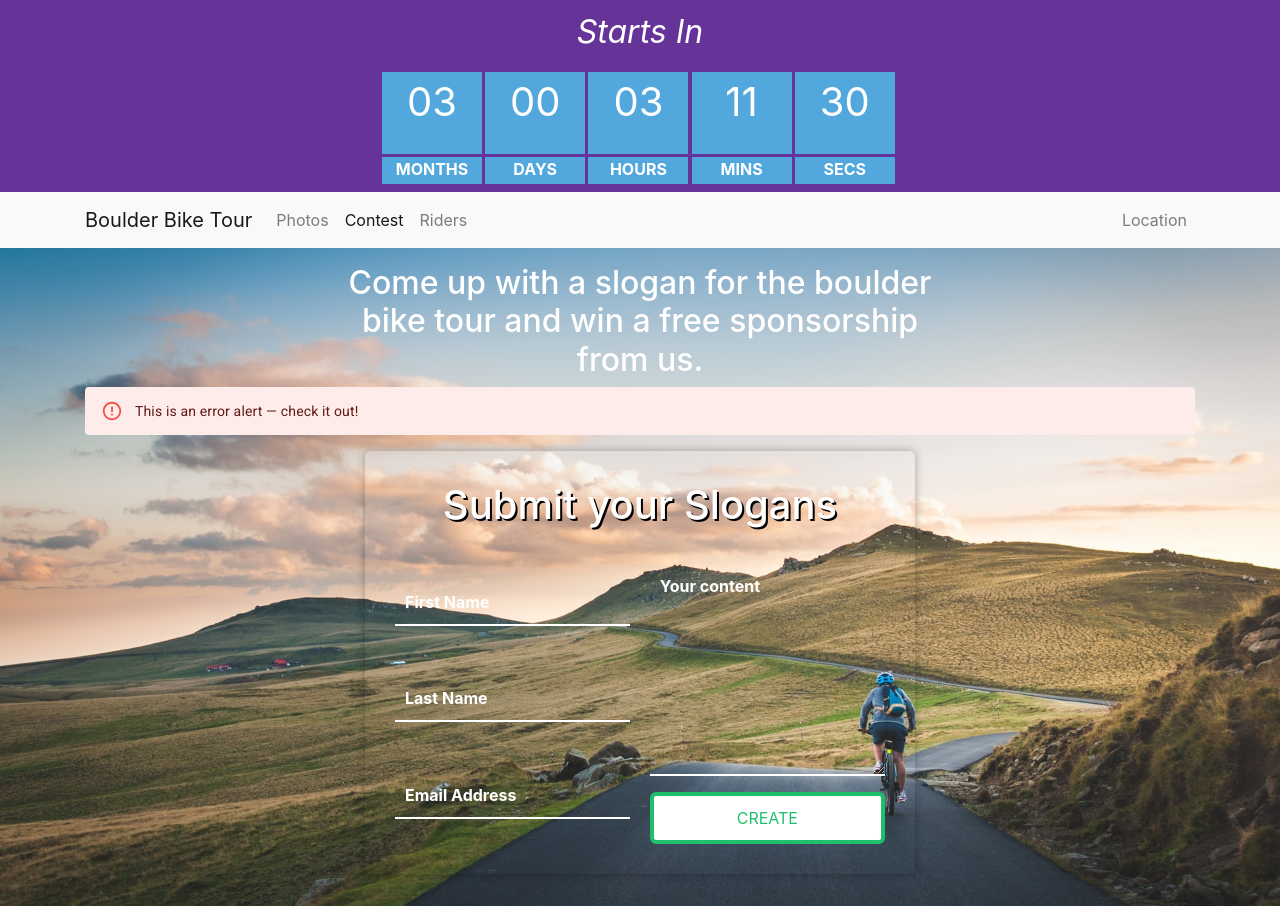
Repository: akinsikuoluwafemi/boulder_bike_tour_frontend
Page: /contest
The author's editor kept a copy of each file at every save. The page is drawn from the files as they stood at one save, then again after a run of saves.
The browser window is 1280 px wide. The pictures show the whole page.
The page's requests for data from a server got no answer. Some web libraries are served in a nearby version. The project was rebuilt for these pictures with package versions that can differ from the ones it lists, and the page was loaded fresh each time. No one was signed in, and anything a server would have sent is missing. Also part of the build but not shown: src/components/Home/LatestNews.js, src/components/Home/Winners.js, src/components/Accordions/Accordions.js, src/components/Home/FooterContent.js, src/components/Home/Home.js, src/components/Location/mapStyles.js, src/components/Spinner/Spinner.scss, src/components/Spinner/Spinner.js and 5 more.

Above is the page before, as saved 2020-08-23 07:32:17.

After the next 2 saves:
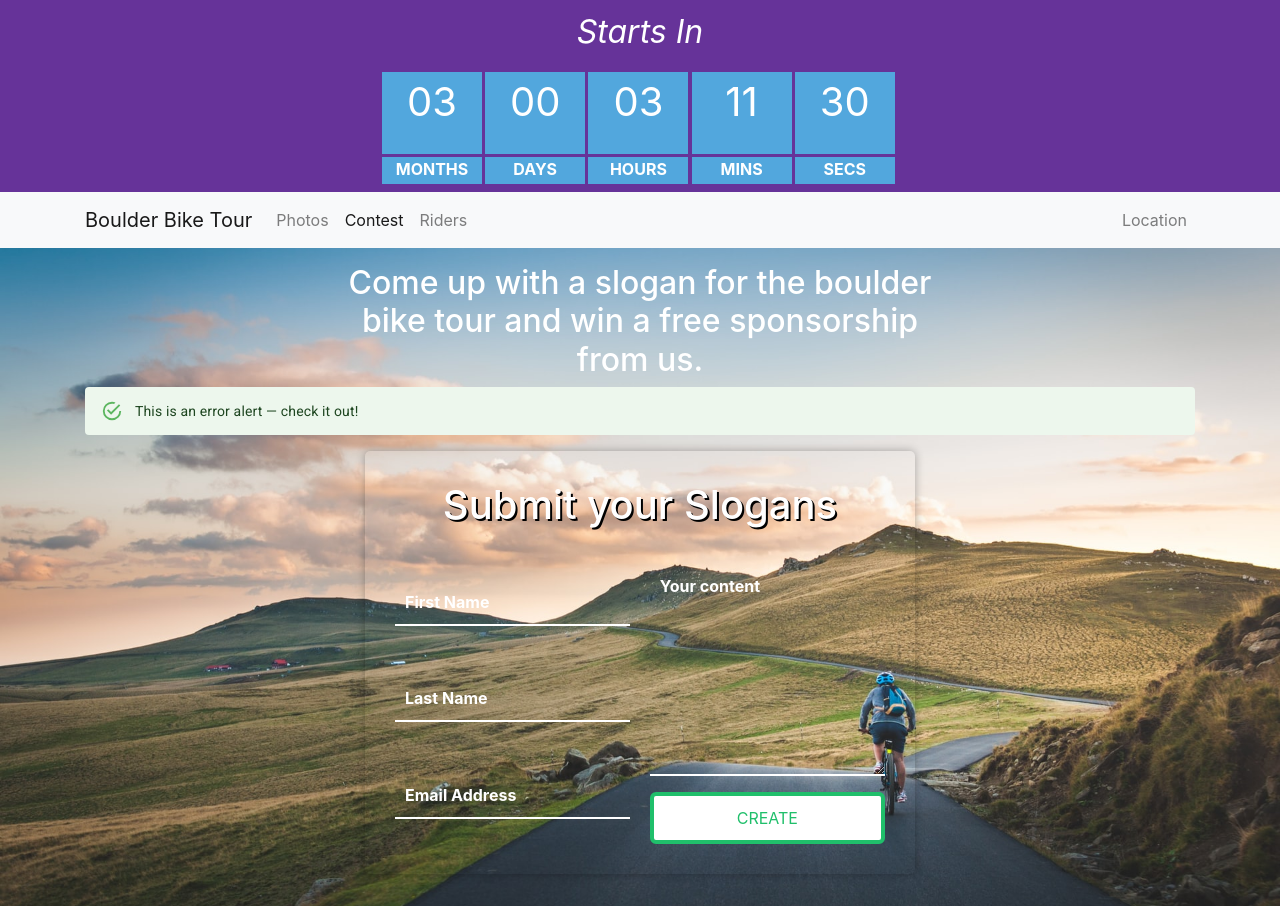
The 2 saves are shown as one change because they came seconds apart.
The last was saved 16 s later.
--- a/src/components/Contest/Contest.js
+++ b/src/components/Contest/Contest.js
@@ -69,7 +69,7 @@
             </h2>
             <AlertContext.Provider value={{ alert, setAlert }}>
               {/* <Alert severity={severity}>{alertText}</Alert> */}
-              <Alert severity="error">
+              <Alert severity="success">
                 This is an error alert — check it out!
               </Alert>
 

After the save that followed:
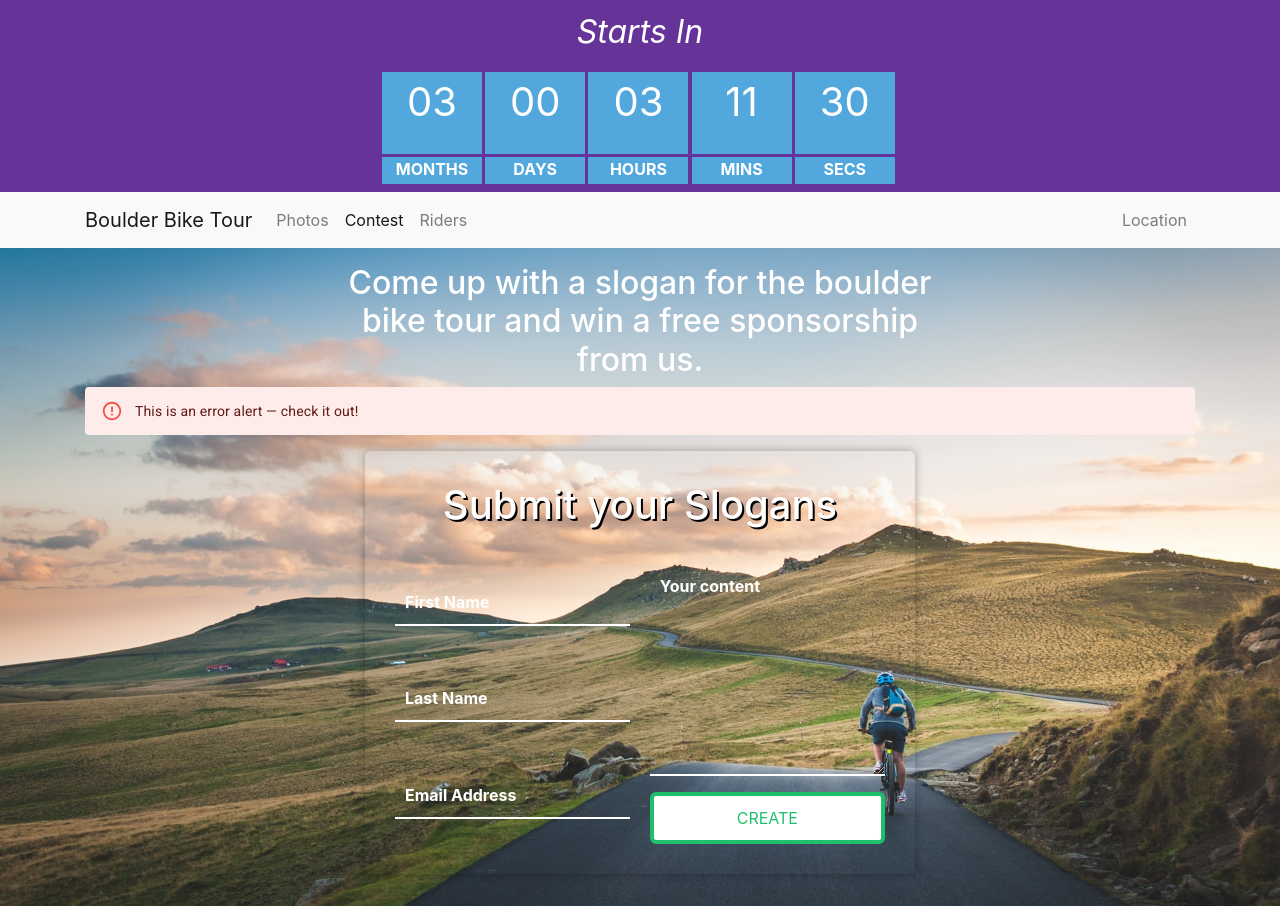
Saved 9 s later.
--- a/src/components/Contest/Contest.js
+++ b/src/components/Contest/Contest.js
@@ -69,7 +69,7 @@
             </h2>
             <AlertContext.Provider value={{ alert, setAlert }}>
               {/* <Alert severity={severity}>{alertText}</Alert> */}
-              <Alert severity="success">
+              <Alert severity="error">
                 This is an error alert — check it out!
               </Alert>
 
